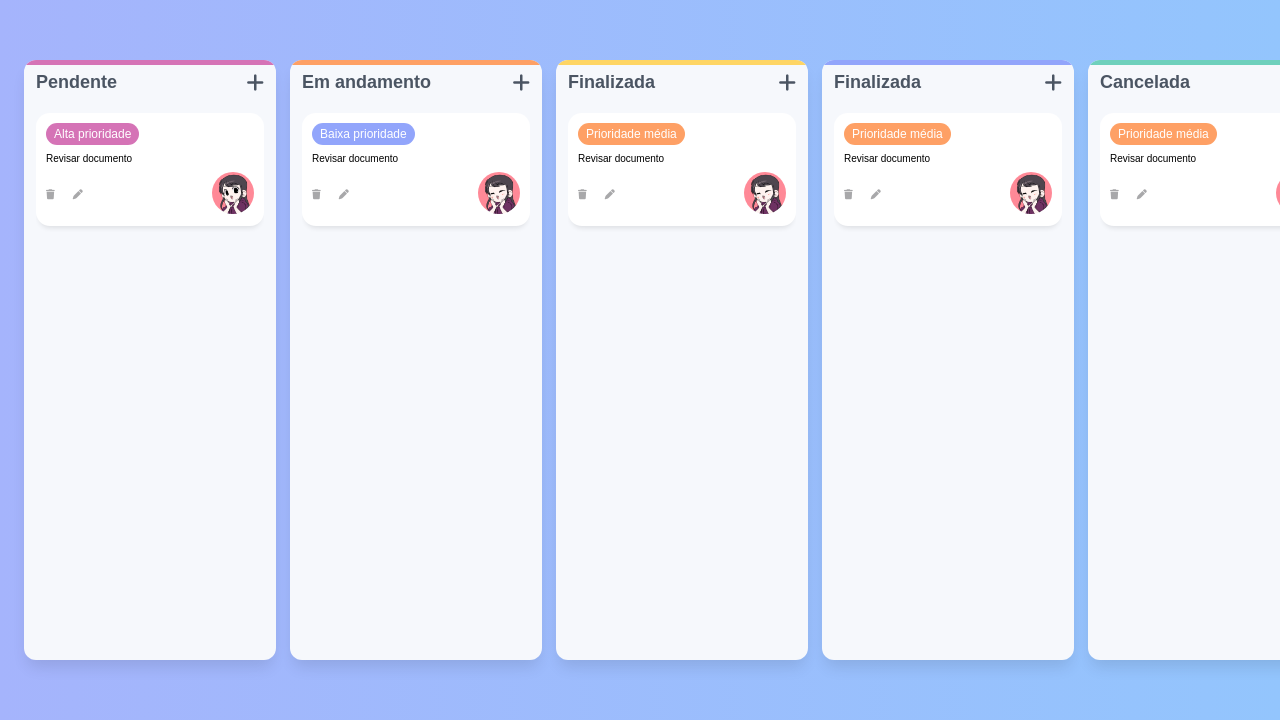
Repository: Marinalr-25/ProjetoToDoList
Page: index.html
An editor plug-in stored every save of this project. The page is shown before and after the next save, followed by the edit.
The browser window is 1280 px wide. The pictures show the whole page.
Some web fonts or font styles are not loaded; a fallback is used. Some web libraries are served in a nearby version.

Above is the page before, as saved 2024-10-31 15:17:33.

After the next save:
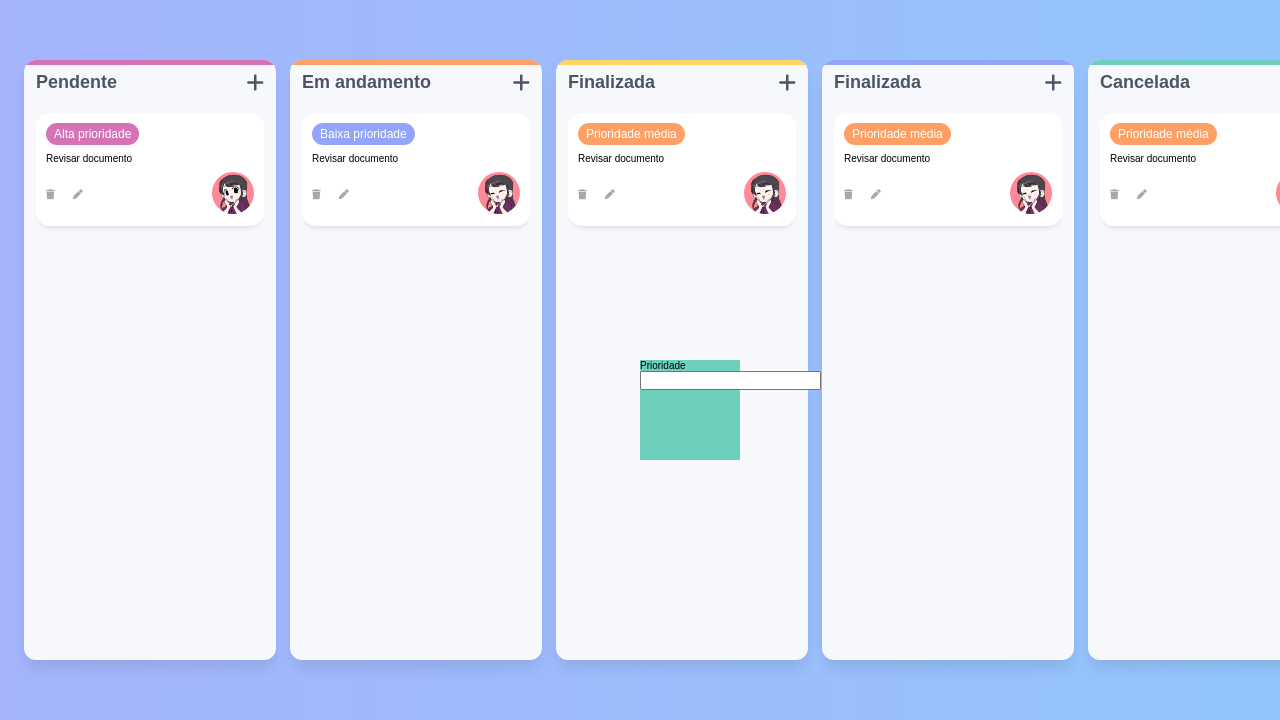
Saved 66 s later.
--- a/css/style.css
+++ b/css/style.css
@@ -163,3 +163,12 @@ body {
   border-radius: 100%;
   object-fit: cover;
 }
+
+.adicionando {
+  position: fixed;
+  top: 50%;
+  left: 50%;
+  width: 10rem;
+  height: 10rem;
+  background-color: #6ed0bc;
+}
